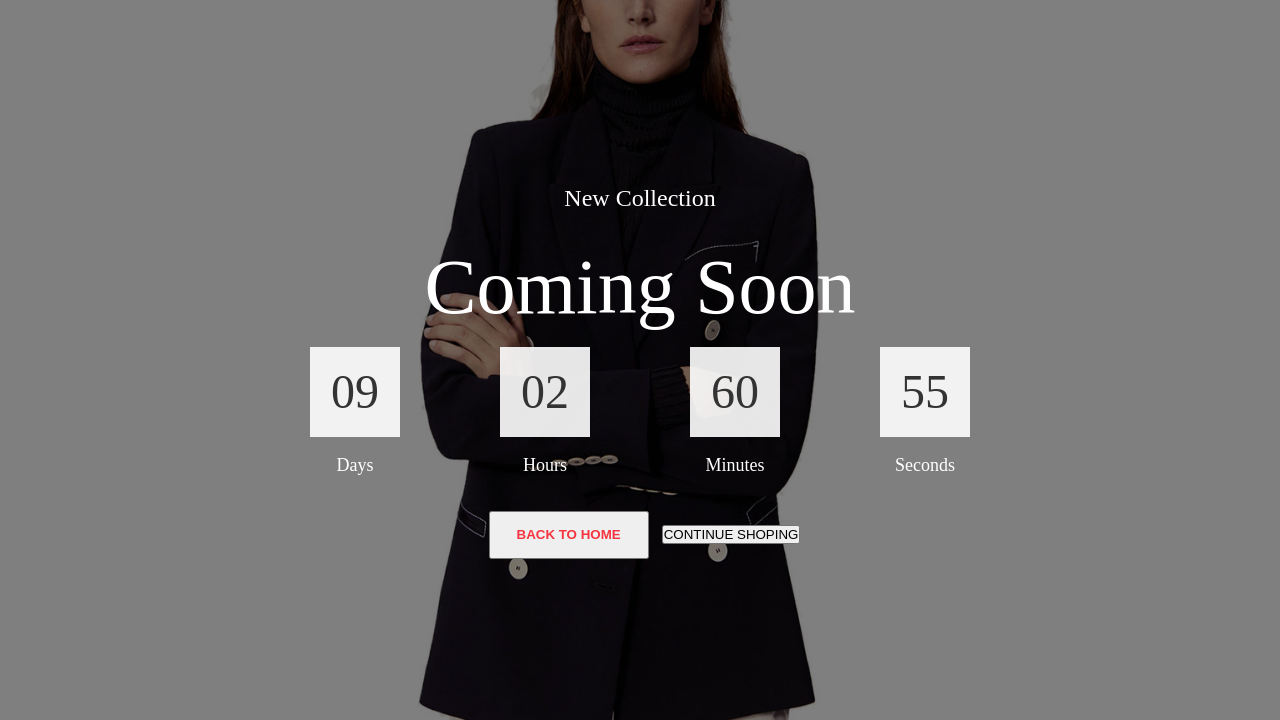
Repository: ST-United-Internship/Modaz-4life
Page: comingsoon&FAQ/coming-soon.html
The author's editor kept a copy of each file at every save. The page is drawn from the files as they stood at one save, then again after the next save.
The browser window is 1280 px wide. The pictures show the whole page.

Above is the page before, as saved 2023-03-22 10:12:35.

### comingsoon&FAQ/coming-soon.html


<!DOCTYPE html>
<html lang="en">
<head>
    <meta charset="UTF-8">
    <meta http-equiv="X-UA-Compatible" content="IE=edge">
    <meta name="viewport" content="width=device-width, initial-scale=1.0">
    <link rel="stylesheet" type="text/css" href="css/comming-soon.css">
    <!-- <link href="https://cdn.jsdelivr.net/npm/bootstrap@5.3.0-alpha1/dist/css/bootstrap.min.css" rel="stylesheet" integrity="sha384-GLhlTQ8iRABdZLl6O3oVMWSktQOp6b7In1Zl3/Jr59b6EGGoI1aFkw7cmDA6j6gD" crossorigin="anonymous"> -->
    <title>Document</title>
</head>
<body>
    <section class="my-container">
        <img src="Assets/Images/bg-parallax2.jpg" alt="">
        <header>New Collection</header>
        <p>Coming Soon</p>
        <div class="time-titles">
            <div class="time days">
                <span class="number"></span>
                <span class="title-text">Days</span>
            </div>
            <div class="time hours">
                <span class="number"></span>
                <span class="title-text">Hours</span>
            </div>
            <div class="time minutes">
                <span class="number">09</span>
                <span class="title-text">Minutes</span>
            </div>
            <div class="time seconds">
                <span class="number">09</span>
                <span class="title-text">Seconds</span>
            </div>
        </div>
        <div class="flat-button">
            <button type="button" class="bg-white">BACK TO HOME</button>
            <button type="button" class="bg-black">CONTINUE SHOPING</button>
            </div>
       </section>
    </section>

    <script src="./javaScript/ScriptTime.js"></script>
    <!-- <script src="https://cdn.jsdelivr.net/npm/@popperjs/core@2.11.6/dist/umd/popper.min.js" integrity="sha384-oBqDVmMz9ATKxIep9tiCxS/Z9fNfEXiDAYTujMAeBAsjFuCZSmKbSSUnQlmh/jp3" crossorigin="anonymous"></script>
    <script src="https://cdn.jsdelivr.net/npm/bootstrap@5.3.0-alpha1/dist/js/bootstrap.min.js" integrity="sha384-mQ93GR66B00ZXjt0YO5KlohRA5SY2XofN4zfuZxLkoj1gXtW8ANNCe9d5Y3eG5eD" crossorigin="anonymous"></script> -->
</body>
</html>

### comingsoon&FAQ/css/comming-soon.css
*{
    margin: 0;
    padding: 0;
    box-sizing: border-box;

}
.my-container{
    height: 100vh;
    row-gap: 15px;
    width: 100%;
    display: flex;
    justify-content: center;
    flex-direction: column;
    overflow: hidden;
    align-items: center;
    background-color: rgb(0, 0, 0,.5);
}

.my-container img{
    position: absolute;
    height: 100%;
    width: 100%;
    object-fit: cover;
    z-index: -1;
}

.my-container header{
    line-height: 58px;
    color: #fff;
    font-size: 24px;
}

.my-container p{
    color: #fff;
    font-size: 78px;
    line-height: 90px;
    font-weight: 500;
}

.my-container .time-titles{
    display: flex;
    column-gap: 30px;
}

.time-titles .time{
    display: flex;
    align-items: center;
    flex-direction: column;
}

.time .number{
    font-size: 48px;
    font-weight: 500;
    line-height: 90px;
    color: #333;
    width: 90px;
    height: 90px;
    background: rgba(255,255,255,.9);
    text-align: center;
    margin: 0 35px 18px;
    text-transform: capitalize;
}

.time .title-text{
    color: #fff;
}

.time .title-text{
    font-size: 18px;
    text-transform: capitalize;
}

.flat-button{
    /* position: relative;
    max-width: 360px;
    width: 100%; */
    height: 40px;
    margin-top: 20px;

}

.flat-button .bg-white{
    padding: 7px 26px;
    font-weight: 700;
    line-height: 30px;
    text-transform: uppercase;
    margin: 0 9px;
    color: #f63440;
}
/* .flat-button .bg-black{
    padding: 7px 26px;
    font-weight: 700;
    line-height: 30px;
    text-transform: uppercase;
    margin: 0 9px;
    color: #f63440;
} */


@media only screen and (max-width: 300px){
     .my-container header{
        font-size: 30px;
    }

}

@media only screen and (max-width: 500px) {
    .my-container p{
        font-size: 40px;
    }
}

@media only screen and (max-width: 665px) {
    .my-container .time-titles{
        display: inline-block;
    }
}

### comingsoon&FAQ/javaScript/ScriptTime.js
const seconds = document.querySelector(".seconds .number");
const minutes = document.querySelector(".minutes .number");
const hours = document.querySelector(".hours .number");
const days = document.querySelector(".days .number");


let secvalues = 60,
    minvalues = 60,
    houvalues = 2,
    dayvalues = 9;

const timeFunc = setInterval(()=>{
    secvalues--;
    if (secvalues === 0) {
        minvalues--
        secvalues = 60;
    }
    if (minvalues === 0) {
        houvalues--
        minvalues = 60;
    }
    if (houvalues === 0) {
        dayvalues--
        houvalues = 60;
    }
    if (dayvalues === 0) {
        clearInterval(timeFunc)
    }
    seconds.textContent = secvalues < 10 ? `0${secvalues}` : secvalues;
    minutes.textContent = minvalues < 10 ? `0${minvalues}` : minvalues;
    hours.textContent = houvalues < 10 ? `0${houvalues}` : houvalues;
    days.textContent = dayvalues < 10 ? `0${dayvalues}` : dayvalues;
    minvalues.textContent = minvalues;
},1000)

After the next save:
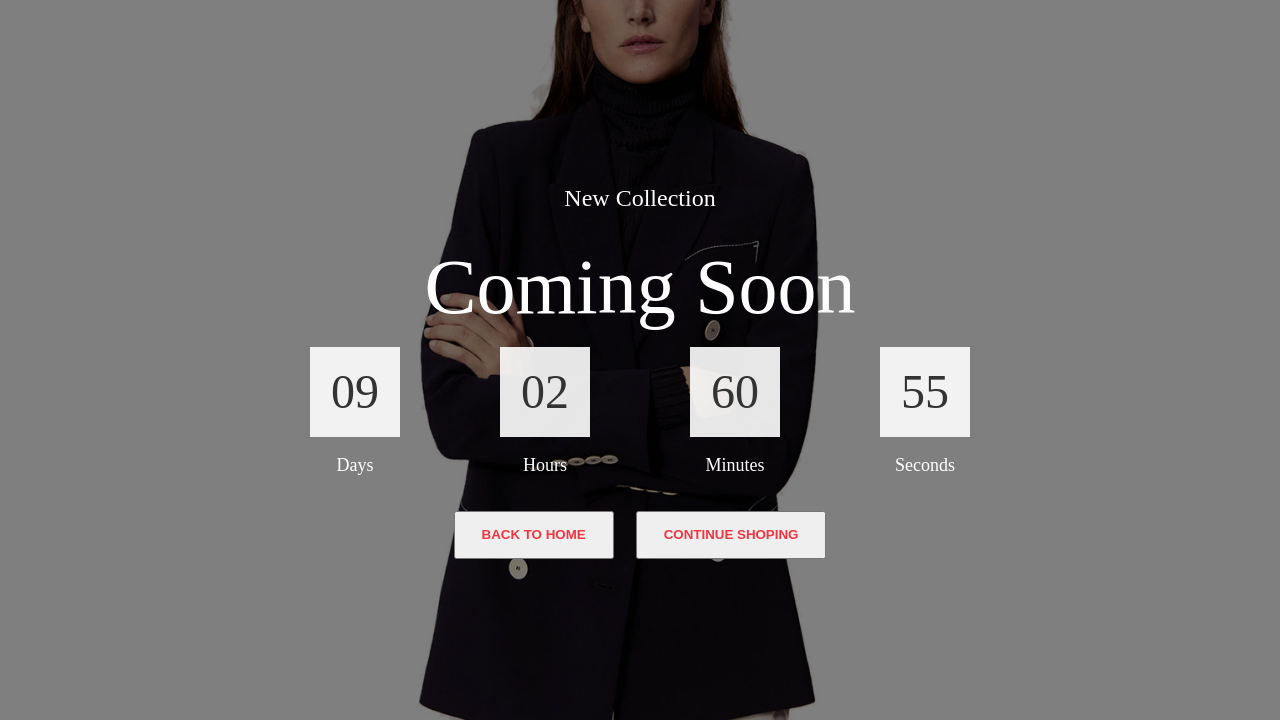
Saved 5 s later.
--- a/comingsoon&FAQ/css/comming-soon.css
+++ b/comingsoon&FAQ/css/comming-soon.css
@@ -87,14 +87,14 @@
     margin: 0 9px;
     color: #f63440;
 }
-/* .flat-button .bg-black{
+.flat-button .bg-black{
     padding: 7px 26px;
     font-weight: 700;
     line-height: 30px;
     text-transform: uppercase;
     margin: 0 9px;
     color: #f63440;
-} */
+}
 
 
 @media only screen and (max-width: 300px){
